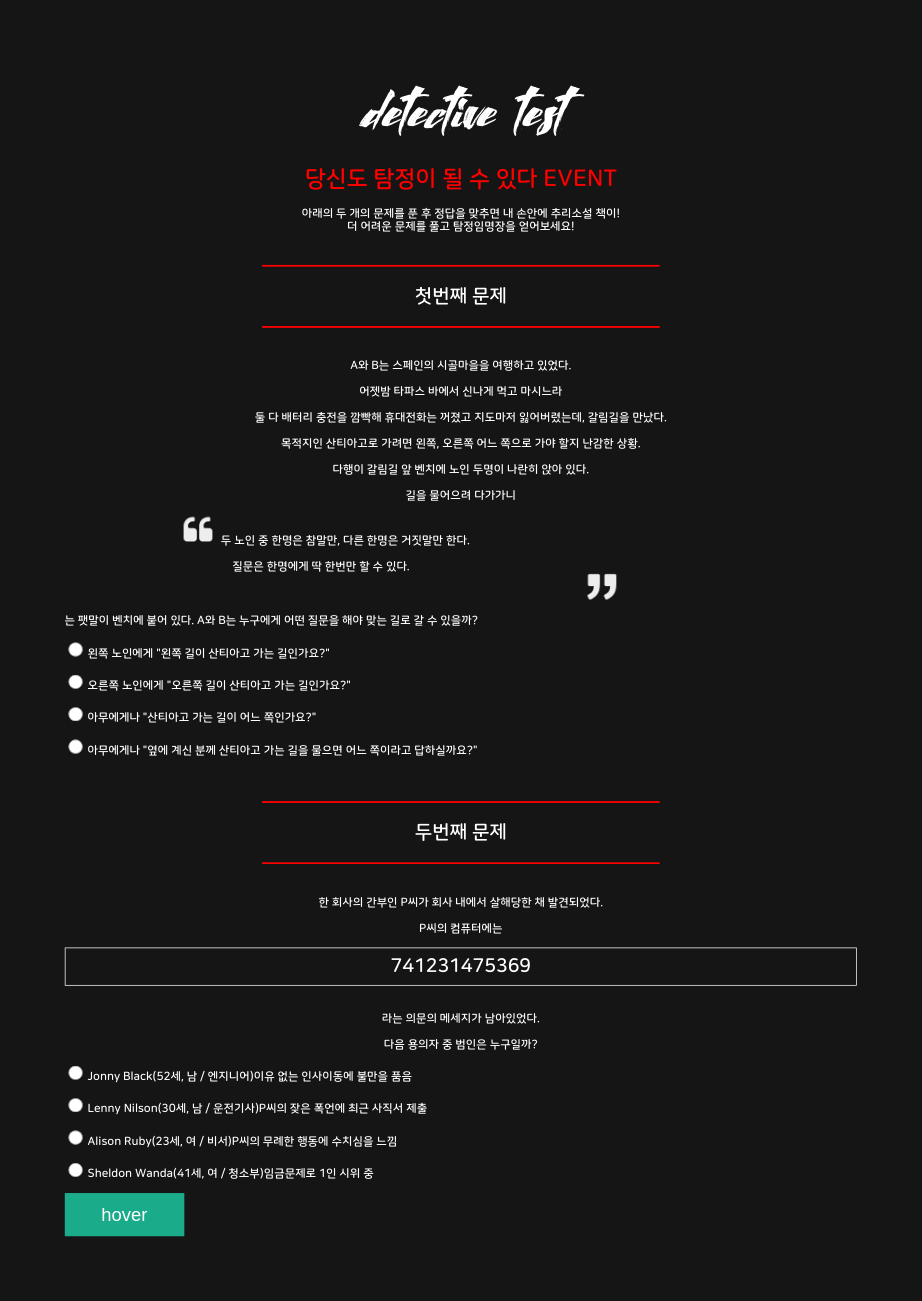
Repository: minkyung0421/Event_Project
Page: http://localhost/Event/quiz.jsp
These files come from the project's save history. The page is drawn as it stood at one moment and after the next save; the edit follows.
The browser window is 1280 px wide. The pictures show the whole page, at 72% of full size.
The page is served by Tomcat 9.

Above is the page before, as saved 2018-09-04 07:40:59.

### Event_Project/Event/WebContent/quiz.jsp
<%@ page language="java" contentType="text/html; charset=UTF-8"
    pageEncoding="UTF-8"%>
<!DOCTYPE html PUBLIC "-//W3C//DTD HTML 4.01 Transitional//EN" "http://www.w3.org/TR/html4/loose.dtd">
<html>
<head>
<meta http-equiv="Content-Type" content="text/html; charset=UTF-8">
<title>EVENT</title>
<style>
@font-face{
	font-family: 'Calligraphy Personal Use'; src:url('font/Calligraphy Personal Use.ttf');
}
@font-face{font-family:'NANUMSQUAREROUNDL'; src:url('font/NANUMSQUAREROUNDL.TTF')}
@font-face{font-family:'NANUMSQUAREROUNDB'; src:url('font/NANUMSQUAREROUNDB.TTF')}

body{
	margin:7%;
	padding:0px;
	font-family:'NANUMSQUAREROUNDB';
	background-color: #151515;
	color: white;
}

button{
  background:#1AAB8A;
  color:#fff;
  border:none;
  position:relative;
  height:60px;
  font-size:1.6em;
  padding:0 2em;
  cursor:pointer;
  transition:800ms ease all;
  outline:none;
}
button:hover{
  background:#151515;
  color:white;
}
button:before,button:after{
  content:'';
  position:absolute;
  top:0;
  right:0;
  height:2px;
  width:0;
  background: red;
  transition:400ms ease all;
}
button:after{
  right:inherit;
  top:inherit;
  left:0;
  bottom:0;
}
button:hover:before,button:hover:after{
  width:100%;
  transition:800ms ease all;
}

</style>
</head>
<style>
</style>
<body>
<form action = "quiz_result.jsp" method="post">
<center><div style = "font-family: Calligraphy Personal Use; font-size: 90pt; margin-top:5%">detective test</div></center>

<center><h1 style = "color:red">당신도 탐정이 될 수 있다 EVENT</h1>
<div style = "color: white;">아래의 두 개의 문제를 푼 후 정답을 맞추면 내 손안에 추리소설 책이! <br>
더 어려운 문제를 풀고 탐정임명장을 얻어보세요!</div>
<br><br>
<hr color="red" style = "width: 50%">
<br>
<div style = "font-size: 20pt;">첫번째 문제</div>
<br>
<hr color="red" style = "width: 50%">
<br>
<br>
</center>
<center>
A와 B는 스페인의 시골마을을 여행하고 있었다. <br><br>
어젯밤 타파스 바에서 신나게 먹고 마시느라 <br><br> 둘 다 배터리 충전을 깜빡해
휴대전화는 꺼졌고 지도마저 잃어버렸는데, 갈림길을 만났다.<br><br>
목적지인 산티아고로 가려면 왼쪽, 오른쪽 어느 쪽으로 가야 할지 난감한 상황. <br><br>
다행이 갈림길 앞 벤치에 노인 두명이 나란히 앉아 있다. <br><br>길을 물어으려 다가가니<br><br> </center>
<div style = "margin-left:15%;"><img src ="img/quote-left.png" widt=40px height=40px>&nbsp;&nbsp;
두 노인 중 한명은 참말만, 다른 한명은 거짓말만 한다.<br><br>&nbsp;&nbsp;&nbsp;&nbsp;&nbsp;&nbsp;&nbsp;
&nbsp;&nbsp;&nbsp;&nbsp;&nbsp;&nbsp;&nbsp;&nbsp;&nbsp;질문은 한명에게 딱 한번만 할 수 있다.<br><img src ="img/right-quote-sign.png" widt=40px height=40px style = "margin-left:60%;"></div><br>
는 팻말이 벤치에 붙어 있다. A와 B는 누구에게 어떤 질문을 해야 맞는 길로 갈 수 있을까?<br><br>


	<label><input type = "radio" name = "quiz1" value = "1" style="width:20px;height:20px;"> 왼쪽 노인에게 "왼쪽 길이 산티아고 가는 길인가요?"</label><br><br>
	<label><input type = "radio" name = "quiz1" value = "2" style="width:20px;height:20px;"> 오른쪽 노인에게 "오른쪽 길이 산티아고 가는 길인가요?"</label><br><br>
	<label><input type = "radio" name = "quiz1" value = "3" style="width:20px;height:20px;"> 아무에게나 "산티아고 가는 길이 어느 쪽인가요?"</label><br><br>
	<label><input type = "radio" name = "quiz1" value = "4" style="width:20px;height:20px;"> 아무에게나 "옆에 계신 분께 산티아고 가는 길을 물으면 어느 쪽이라고 답하실까요?"</label><br><br>

<center>
<br><br>
<hr color="red" style = "width: 50%; ">
<br>
<div style = "font-size: 20pt;">두번째 문제</div>
<br>
<hr color="red" style = "width: 50%;">
<br>
<br>
한 회사의 간부인 P씨가 회사 내에서 살해당한 채 발견되었다.<br><br>
P씨의 컴퓨터에는<br><br>
 <div style="border:1px solid; padding:10px; font-size: 20pt"> 741231475369 </div><br><br>
 라는 의문의 메세지가 남아있었다.<br><br>
 다음 용의자 중 범인은 누구일까? <br><br>
 </center>
	<label><input type = "radio" name = "quiz2" value = "1" style="width:20px;height:20px;"> Jonny Black(52세, 남 / 엔지니어)이유 없는 인사이동에 불만을 품음</label><br><br>
	<label><input type = "radio" name = "quiz2" value = "2" style="width:20px;height:20px;"> Lenny Nilson(30세, 남 / 운전기사)P씨의 잦은 폭언에 최근 사직서 제출</label><br><br>
	<label><input type = "radio" name = "quiz2" value = "3" style="width:20px;height:20px;"> Alison Ruby(23세, 여 / 비서)P씨의 무례한 행동에 수치심을 느낌</label><br><br>
	<label><input type = "radio" name = "quiz2" value = "4" style="width:20px;height:20px;"> Sheldon Wanda(41세, 여 / 청소부)임금문제로 1인 시위 중</label><br><br>


	<button>hover</button>
</form>

</body>
</html>

After the next save:
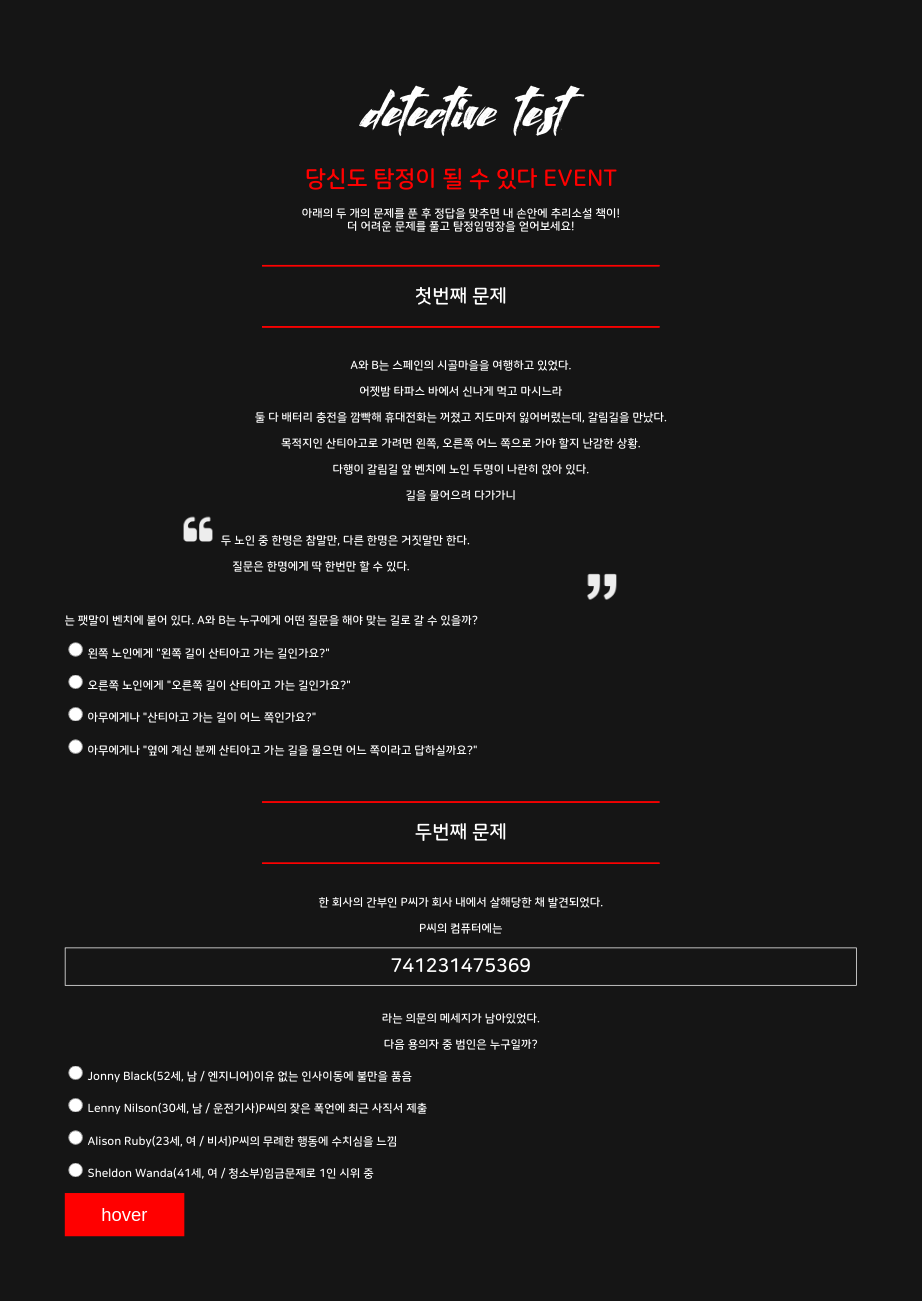
Saved 4 s later.
--- a/Event_Project/Event/WebContent/quiz.jsp
+++ b/Event_Project/Event/WebContent/quiz.jsp
@@ -21,7 +21,7 @@ body{
 }
 
 button{
-  background:#1AAB8A;
+  background:red;
   color:#fff;
   border:none;
   position:relative;
